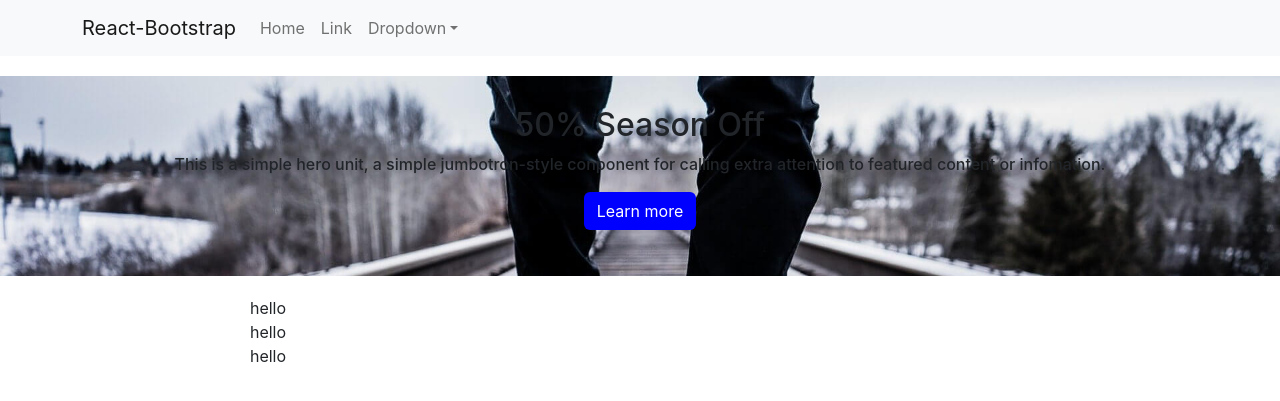
Repository: sonchangdo/mokdong
Page: / (app in shop/)
An editor plug-in stored every save of this project. The page is shown before and after the next save, followed by the edit.
The browser window is 1280 px wide. The pictures show the whole page.
The project was rebuilt for these pictures with package versions that can differ from the ones it lists, and the page was loaded fresh each time.

Above is the page before, as saved 2022-01-10 14:34:48.

After the next save:
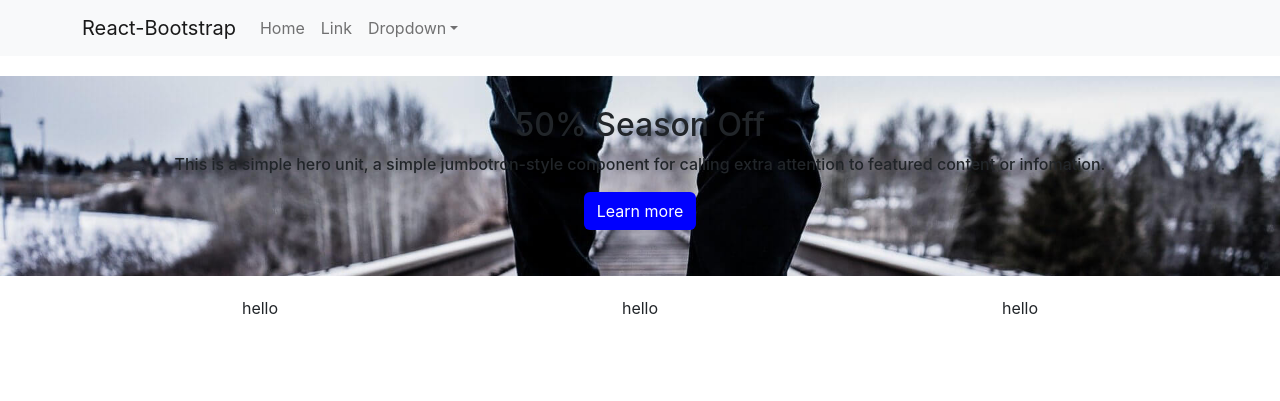
Saved 61 s later.
--- a/shop/src/App.js
+++ b/shop/src/App.js
@@ -36,9 +36,11 @@ function App() {
       </div>
 
       <div className="container">
-        <div className="col-md-4">hello</div>
-        <div className="col-md-4">hello</div>
-        <div className="col-md-4">hello</div>
+        <div className="row">
+          <div className="col-md-4">hello</div>
+          <div className="col-md-4">hello</div>
+          <div className="col-md-4">hello</div>
+        </div>
       </div>
     </div>
   );
